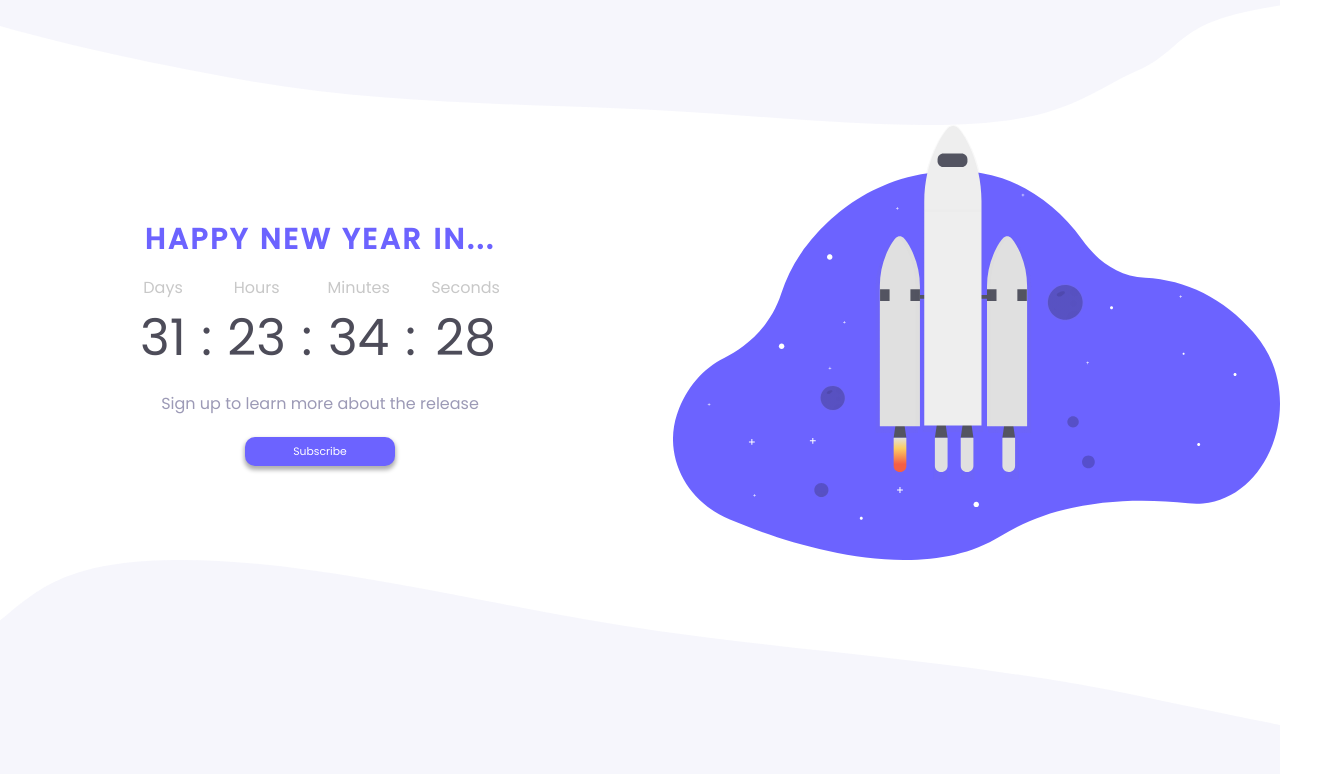
Repository: BrunoBross/countdown
Page: index.html
These files come from the project's save history. The page is drawn as it stood at one moment and after the next save; the edit follows.
The browser window is 1280 px wide. The page is 1280 px wide, then 1331 px, then 1280 px, so the pictures cover 1331 px, including what lies to the right of the window. The pictures show the whole page.

Above is the page before, as saved 2021-11-30 01:38:42.

### index.html
<!DOCTYPE html>
<html lang="en">
<head>
  <meta charset="UTF-8">
  <meta http-equiv="X-UA-Compatible" content="IE=edge">
  <meta name="viewport" content="width=device-width, initial-scale=1.0">
  <link rel="shortcut icon" href="assets/rocket.svg" type="image/x-icon" />
  <title>Countdown</title>
  <link rel="stylesheet" href="./style.css">
  <link rel="preconnect" href="https://fonts.googleapis.com">
  <link rel="preconnect" href="https://fonts.gstatic.com" crossorigin>
  <link href="https://fonts.googleapis.com/css2?family=Poppins:wght@300;400;500&display=swap" rel="stylesheet">
</head>
<body>
  <div class="background">
    <img class="image" id="top" src="./assets/top-image.svg" alt="">
    <div class="center">
      <div class="content">
        <h1>HAPPY NEW YEAR IN...</h1>
        <div class="clock">
          <div class="time" id="days">
            <p>Days</p>
            <h1>00</h1>
          </div>
          <div class="time"><h1>:</h1></div>
          <div class="time" id="hours">
            <p>Hours</p>
            <h1>00</h1>
          </div>
          <div class="time"><h1>:</h1></div>
          <div class="time" id="minutes">
            <p>Minutes</p>
            <h1>00</h1>
          </div>
          <div class="time"><h1>:</h1></div>
          <div class="time" id="seconds">
            <p>Seconds</p>
            <h1>00</h1>
          </div>
        </div>
        <p>Sign up to learn more about the release</p>
        <button class="subscribe">Subscribe</button>
      </div>
      <img id="rocket" src="./assets/rocket.svg" alt="">
    </div>
    <img class="image" id="bottom" src="./assets/bottom-image.svg" alt="">
  </div>
</body>

<script src="./script.js"></script>
</html>

### style.css
*{
  padding: 0;
  margin: 0;
}

body{
  background-color: #FFF;
}

.background{
  height: 100vh;
  display: flex;
  flex-direction: column;
  justify-content: space-between;
}

.center{
  padding: 0;
  display: flex;
  justify-content: space-between;
  flex-wrap: wrap;
  width: 100vw;
}

.image{
  width: 100vw;
}

.clock{
  margin: 2vh 0;
  display: flex;
  gap: 1.2vw;
  align-items: flex-end;
  flex-wrap: wrap;
}

.time{
  display: flex;
  flex-direction: column;
  justify-content: center;
  align-items: center;
}

.time > p{
  font-family: 'Poppins', 'sans-serif';
  color: #C8C8C8;
}

.time > h1{
  font-family: 'Poppins', 'sans-serif';
  color: #4D4C59;
  font-size: 7vh;
  font-weight: 400;
}

.content{
  width: 50vw;
  display: flex;
  flex-direction: column;
  justify-content: center;
  align-items: center;
}

.content > h1{
  color: #6C63FF;
  font-family: 'Poppins', 'sans-serif';
  font-weight: 700;
  font-size: 4vh;
  letter-spacing: 0.2vw;
}

.content > p{
  font-family: 'Poppins', 'sans-serif';
  font-weight: 400;
  color: #9C9AB6;
}

.subscribe{
  margin-top: 3vh;
  width: 150px;
  height: 4vh;
  border: none;
  background-color: #6C63FF;
  border-radius: 10px;
  font-family: 'Poppins', 'sans-serif';
  font-weight: 400;
  font-size: 1.5vh;
  color: #FFF;
  box-shadow: 0 3px 4px 1px #00000050;
  cursor: pointer;
  transition: 0.2s;
}

.subscribe:hover{
  filter: brightness(0.9);
}

@media only screen and (max-width: 375px) {
  #rocket{
    display: none;
  }

  .center{
    justify-content: center;
    padding: 0;
  }

  .content{
    width: 85vw;
  }

  .content > h1{
    font-size: 3.5vh;
  }

  .background{
    height: 100vh;
  }
}

@media only screen and (max-width: 360px) {
  .content > p{
    font-size: 2vh;
  }
}

### script.js
// Set the date we're counting down to
var countDownDate = new Date("Jan 1, 2022 00:00:00").getTime();

// Update the count down every 1 second
var x = setInterval(function() {

  // Get today's date and time
  var now = new Date().getTime();

  // Find the distance between now and the count down date
  var distance = countDownDate - now;

  // Time calculations for days, hours, minutes and seconds
  var days = Math.floor(distance / (1000 * 60 * 60 * 24));
  var hours = Math.floor((distance % (1000 * 60 * 60 * 24)) / (1000 * 60 * 60));
  var minutes = Math.floor((distance % (1000 * 60 * 60)) / (1000 * 60));
  var seconds = Math.floor((distance % (1000 * 60)) / 1000);
  if(String(days).length == 1){
    days = '0'+days
  }
  if(String(hours).length == 1){
    hours = '0'+hours
  }
  if(String(minutes).length == 1){
    minutes = '0'+minutes
  }
  if(String(seconds).length == 1){
    seconds = '0'+seconds
  }

  // Display the result in the element with id="demo"
  document.querySelector("#days > h1").innerHTML = days
  document.querySelector("#hours > h1").innerHTML = hours
  document.querySelector("#minutes > h1").innerHTML = minutes
  document.querySelector("#seconds > h1").innerHTML = seconds

  // If the count down is finished, write some text
  if (distance < 0) {
    clearInterval(x);
    document.querySelector(".content > h1").innerHTML = "NEW YEAR!!";
  }
}, 1000);

After the next save:
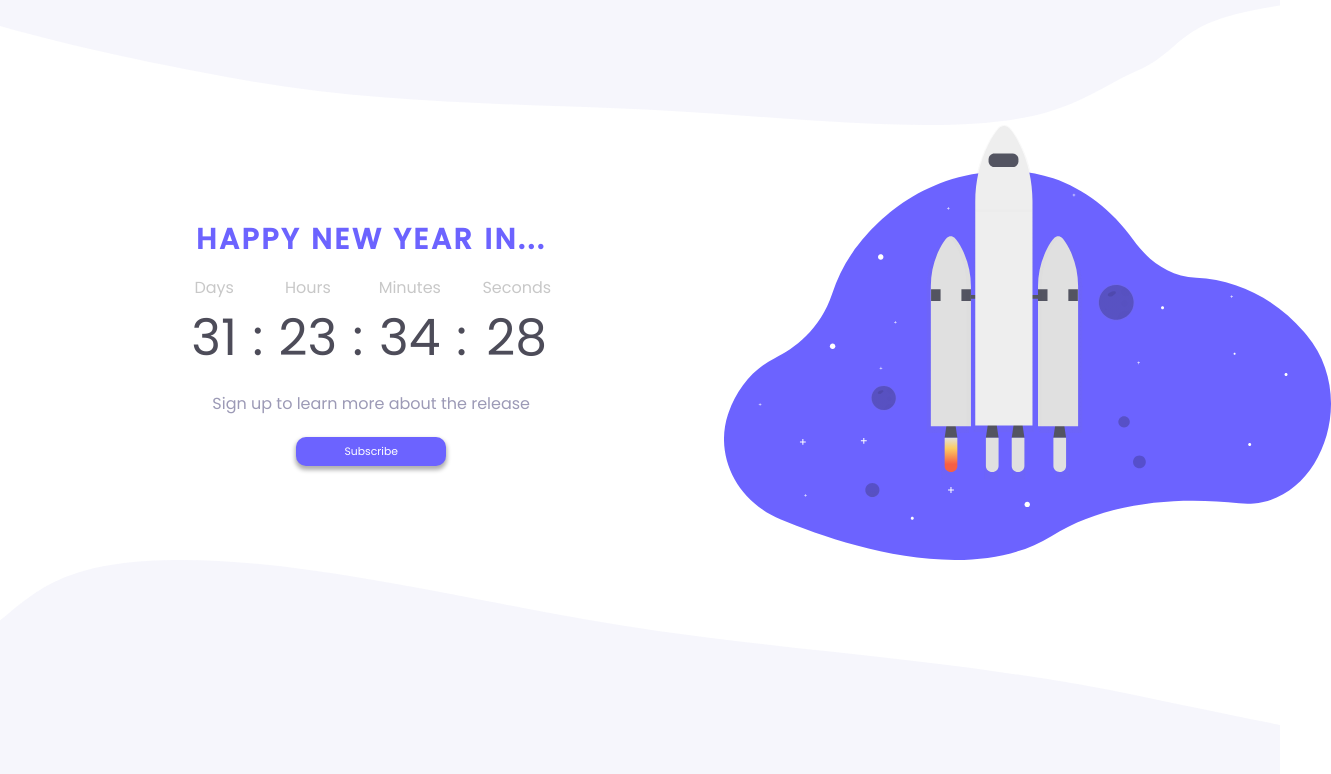
Saved 11 s later.
--- a/style.css
+++ b/style.css
@@ -15,7 +15,7 @@
 }
 
 .center{
-  padding: 0;
+  margin: 0 4vw;
   display: flex;
   justify-content: space-between;
   flex-wrap: wrap;

After the save that followed:
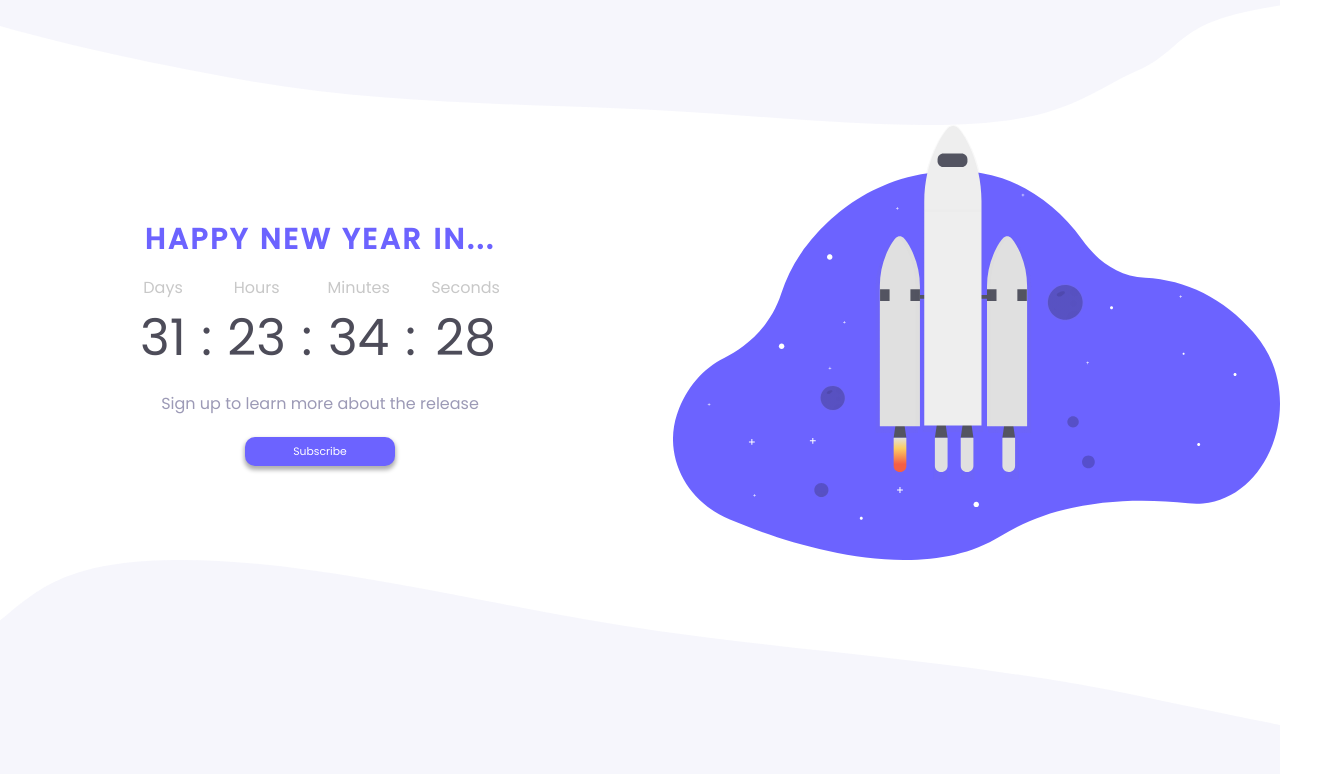
Saved 7 s later.
--- a/style.css
+++ b/style.css
@@ -15,7 +15,6 @@
 }
 
 .center{
-  margin: 0 4vw;
   display: flex;
   justify-content: space-between;
   flex-wrap: wrap;
